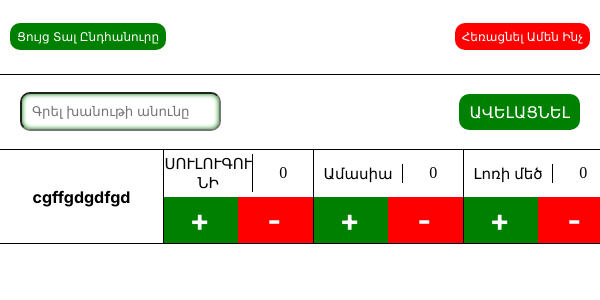
Repository: AbApin/amasia
Page: /
The author's editor kept a copy of each file at every save. The page is drawn from the files as they stood at one save, then again after the next save.
The browser window is 600 px wide. The pictures show the whole page.
The project was rebuilt for these pictures with package versions that can differ from the ones it lists, and the page was loaded fresh each time. Also part of the build but not shown: vue.config.js.

Above is the page before, as saved 2023-02-03 11:46:12.

### public/index.html
<!DOCTYPE html>
<html lang="">
  <head>
    <meta charset="utf-8" />
    <meta http-equiv="X-UA-Compatible" content="IE=edge" />
    <meta name="viewport" content="width=device-width,initial-scale=1.0" />
    <link rel="icon" href="<%= BASE_URL %>favicon.ico" />
    <title><%= htmlWebpackPlugin.options.title %></title>
    <link
      href="https://fonts.googleapis.com/css?family=Inter:100,200,300,regular,500,600,700,800,900"
      rel="stylesheet"
    />
  </head>
  <body>
    <noscript>
      <strong
        >We're sorry but <%= htmlWebpackPlugin.options.title %> doesn't work properly without
        JavaScript enabled. Please enable it to continue.</strong
      >
    </noscript>
    <div id="app"></div>
    <!-- built files will be auto injected -->
  </body>
</html>

### src/main.js
import Vue from 'vue';
import App from './App.vue';
import store from './store';
store.subscribe((mutation, state) => {
  localStorage.setItem('xanutner', JSON.stringify(state.xanutner));
  localStorage.setItem('datarkXanutner', JSON.stringify(state.isEmpty));
});
Vue.config.productionTip = false;

new Vue({
  store,
  render: (h) => h(App),
}).$mount('#app');

### src/App.vue
<template>
  <div id="app">
    <div class="header">
      <div class="avelacnelXanut">
        <input type="text" class="avelacnelInput" placeholder="Գրել խանութի անունը">
        <button class="avelacnelBtn">Ավելացնել</button>
      </div>
      <div class="cuycTal">
        <button class="cuycTalBtn" @click="isClick = true">ցույց տալ ընդհանուրը</button>
        <button class="heracnelBtn" @click="REMOVEALL">հեռացնել ամեն ինչ</button>
      </div>
      <div v-show="isClick" class="endhanurQanak">
        <button @click="isClick = false" class="closeBtn">X</button>
        <div class="endhanurQanakInner" :class="!ISEMPTY ? 'ovAuto' : ''">
          <p v-if="ISEMPTY" class="noProducts">Ոչ մի ապրանք</p>
          <ul class="endhanurQanakiList">
            <li
              v-for="xanutiAnun in Object.keys(ZAKAZNER)"
              :key="xanutiAnun"
              class="endhanurQanakiListItem"
            >
              <p class="endhanurQanakiListItemXanutiAnun">{{ xanutiAnun }}</p>
              <ul class="endhanurApranqneriList">
                <li
                  v-for="endhanurApranq in ZAKAZNER[xanutiAnun]"
                  :key="endhanurApranq.anun"
                  class="endhanurApranqneriListItem"
                >
                  <p class="endhanurApranqneriListItemAnun">{{ endhanurApranq.anun }}</p>
                  <p class="endhanurApranqneriListItemQanak">{{ endhanurApranq.qanak }}</p>
                </li>
              </ul>
            </li>
          </ul>
        </div>
      </div>
    </div>
    <div class="content">
      <ul class="contentList">
        <li v-for="xanutiAnun in Object.keys(XANUTNER)" :key="xanutiAnun" class="contentItem">
          <p class="xanutiAnun">{{ xanutiAnun }}</p>
          <ul class="apranqneriList">
            <li
              v-for="(apranq, apranqiHamar) in XANUTNER[xanutiAnun]"
              :key="apranqiHamar"
              class="apranqneriListItem"
            >
              <div class="apranqiText">
                <p class="apranqiAnun">{{ apranq.anun }}</p>
                <p class="apranqiQanak">{{ apranq.qanak }}</p>
              </div>
              <div class="apranqiAvelPakas">
                <button class="plus apranqiBtn" @click="AVELACNEL({ xanutiAnun, apranqiHamar })">
                  +
                </button>
                <button class="minus apranqiBtn" @click="PAKASACNEL({ xanutiAnun, apranqiHamar })">
                  -
                </button>
              </div>
            </li>
          </ul>
        </li>
      </ul>
    </div>
  </div>
</template>

<script>
import { mapGetters, mapMutations } from 'vuex';
export default {
  name: 'App',
  components: {},
  data() {
    return {
      isClick: false,
    };
  },
  beforeMount() {
    this.INITIAL();
  },
  methods: {
    ...mapMutations(['AVELACNEL', 'PAKASACNEL', 'INITIAL', 'REMOVEALL']),
  },
  computed: {
    ...mapGetters(['XANUTNER', 'ZAKAZNER', 'ISEMPTY']),
  },
};
</script>

<style>
@import './app.css';
</style>

### src/store/index.js
import Vuex from 'vuex';
import Vue from 'vue';

Vue.use(Vuex);

const store = new Vuex.Store({
  state: {
    xanutner: {
      cgffgdgdfgd: [
        { anun: 'ՍՈՒԼՈՒԳՈՒՆԻ', qanak: 0 },
        { anun: 'Ամասիա', qanak: 0 },
        { anun: 'Լոռի մեծ', qanak: 0 },
        { anun: 'Լոռի փոքր', qanak: 0 },
        { anun: 'Լոռի վակուում', qanak: 0 },
        { anun: 'Ոչխարի Պանիր', qanak: 0 },
        { anun: 'Չանախ', qanak: 0 },
        { anun: 'Չանախ էժան', qanak: 0 },
        { anun: 'Չեչիլ սպիտակ մատ', qanak: 0 },
        { anun: 'Չեչիլ սպիտակ կծիկ', qanak: 0 },
        { anun: 'Չեչիլ ապխտած մատ', qanak: 0 },
        { anun: 'Չեչիլապխտած կծիկ', qanak: 0 },
        { anun: 'Հոլանդական', qanak: 0 },
        { anun: 'Գունավոր Թել', qanak: 0 },
        { anun: 'ԿԱՐԱԳ', qanak: 0 },
      ],
    },
    isEmpty: true,
  },
  mutations: {
    AVELACNEL(state, payload) {
      state.xanutner[payload.xanutiAnun][payload.apranqiHamar].qanak += 1;
    },
    PAKASACNEL(state, payload) {
      let qanak = state.xanutner[payload.xanutiAnun][payload.apranqiHamar].qanak;
      if (qanak >= 1) {
        state.xanutner[payload.xanutiAnun][payload.apranqiHamar].qanak -= 1;
      }
      console.log(state.$getters.ZAKAZNER);
    },
    INITIAL(state) {
      if (localStorage.getItem('xanutner')) {
        state.xanutner = JSON.parse(localStorage.xanutner);
      } else if (localStorage.getItem('datarkXanutner')) {
        state.isEmpty = JSON.parse(localStorage.datarkXanutner);
      }
    },
    REMOVEALL(state) {
      Object.keys(state.xanutner).forEach((xanut) => {
        state.xanutner[xanut].map((el) => {
          el.qanak = 0;
        });
      });
      state.isEmpty = true;
    },
  },
  getters: {
    XANUTNER(state) {
      localStorage.setItem('key', JSON.stringify(state));
      return state.xanutner;
    },
    ZAKAZNER(state) {
      let zakazner = {};
      Object.keys(state.xanutner).forEach((xanut) => {
        zakazner[xanut] = state.xanutner[xanut].filter(function (el) {
          return el.qanak > 0;
        });
        if (zakazner[xanut].length === 0) {
          delete zakazner[xanut];
        }
      });
      Object.keys(zakazner).forEach((zakaz) => {
        if (zakazner[zakaz].length === 0) {
          state.isEmpty = true;
        } else {
          state.isEmpty = false;
        }
      });

      return zakazner;
    },
    ISEMPTY(state) {
      return state.isEmpty;
    },
  },
});

export default store;

### src/app.css
*,
*::after,
*::before {
  margin: 0;
  padding: 0;
  box-sizing: border-box;
}
ul {
  list-style: none;
}
#app {
  display: flex;
  flex-direction: column;
  min-height: 100vh;
}
.header {
  display: flex;
  justify-content: space-between;
  width: 100%;
  height: 100px;
  border-bottom: 1px solid #000;
}
.avelacnelXanut {
  display: flex;
  justify-content: space-between;
  width: 50%;
  gap: 20px;
  align-items: center;
}
.avelacnelBtn {
  font-family: 'Inter';
  font-size: 16px;
  line-height: 1;
  text-transform: uppercase;
  border: none;
  padding: 10px;
  background: green;
  color: #fff;
  border-radius: 10px;
}
.avelacnelInput {
  padding: 10px;
  border-radius: 10px;
  outline: none;
  box-shadow: inset 0 0 5px green;
}
.contentList {
  display: flex;
  flex-direction: column;
}
.contentItem {
  display: flex;
  justify-content: space-between;
}
.xanutiAnun {
  display: flex;
  align-items: center;
  justify-content: center;
  width: 10%;
  font-family: 'Inter';
  font-size: 20px;
  font-weight: 700;
  letter-spacing: 3px;
  word-wrap: break-word;
  padding: 20px 30px;
  border: 1px solid #000;
  border-top: 0;
  border-left: 0;
}
.apranqneriList {
  width: 90%;
  display: flex;
  justify-content: space-between;
}
.apranqneriListItem {
  display: flex;
  flex-direction: column;
  flex: 1 1 0;
  border: 1px solid #000;
  border-top: 0;
  border-left: 0;
}
.apranqiText {
  display: flex;
  justify-content: space-between;
  align-items: center;
  height: 50%;
}
.apranqiAnun {
  font-family: 'Inter';
  font-size: 15px;
  font-weight: 500;
  word-wrap: break-word;
  text-align: center;
  width: 60%;
  border-right: 1px solid #000;
}
.apranqiQanak {
  display: flex;
  justify-content: center;
  align-items: center;
  width: 40%;
}
.apranqiAvelPakas {
  display: flex;
  justify-content: space-between;
  width: 100%;
  height: 50%;
}
.apranqiBtn {
  display: inline-flex;
  justify-content: center;
  align-items: center;
  font-family: 'Inter';
  font-size: 30px;
  font-weight: 700;
  letter-spacing: 3px;
  border: none;
  color: #fff;
  width: 50%;
  cursor: pointer;
}
.plus {
  background: green;
}
.minus {
  background: red;
}
.cuycTal {
  width: 50%;
  display: flex;
  align-items: center;
  justify-content: space-between;
  gap: 10px;
  padding: 15px;
  border-left: 1px solid #000;
}
.heracnelBtn,
.cuycTalBtn {
  display: inline-block;
  font-family: 'Inter';
  font-size: 16px;
  padding: 10px;
  border-radius: 10px;
  border: none;
  color: #fff;
  text-transform: capitalize;
  cursor: pointer;
  transition: all 0.3s linear;
}
.heracnelBtn {
  background: red;
}
.cuycTalBtn {
  background: green;
}

/* endahnur */
.endhanurQanak {
  display: flex;
  justify-content: center;
  align-items: center;
  position: fixed;
  z-index: 999;
  top: 0;
  left: 0;
  width: 100%;
  height: 100%;
  background-color: rgba(0, 0, 0, 0.7);
}
.endhanurQanakInner {
  width: 90%;
  height: 90%;
  background: #fff;
  box-shadow: 0 0 10px #fff;
  border-radius: 20px;
}
.ovAuto {
  overflow: auto;
}
.endhanurQanakiList {
  display: flex;
  flex-direction: column;
  justify-content: space-between;
  height: 100%;
}
.endhanurQanakiListItem {
  display: flex;
  align-items: center;
  flex: 1 1 0;
  border-bottom: 1px solid #000;
}
.endhanurQanakiListItem:last-child {
  border-bottom: none;
}
.endhanurQanakiListItemXanutiAnun {
  border-right: 1px solid #000;
  width: 10%;
  display: flex;
  align-items: center;
  justify-content: center;
  height: 100%;
  font-family: 'Inter';
  font-size: 18px;
  letter-spacing: 1px;
  text-transform: capitalize;
}
.endhanurApranqneriList {
  height: 100%;
  width: 90%;
  display: flex;
  flex-direction: column;
  justify-content: space-between;
  overflow: auto;
}
.endhanurApranqneriListItem {
  display: flex;
  gap: 10px;
  flex: 1 1 0;
  align-items: center;
  justify-content: flex-start;
  padding: 10px;
  border-bottom: 1px solid #000;
}
.endhanurApranqneriListItem:last-child {
  border-bottom: none;
}
.endhanurApranqneriListItemQanak {
  color: red;
  font-size: 25px;
  font-family: 'Inter';
  font-weight: 700;
}
.endhanurApranqneriListItemAnun {
  font-weight: bold;
  font-size: 20px;
}
.noProducts {
  display: flex;
  justify-content: center;
  align-items: center;
  font-size: 2rem;
  font-family: 'Inter';
  font-style: italic;
  font-weight: 700;
  width: 100%;
  height: 100%;
  padding: 20px;
}
.closeBtn {
  display: inline-block;
  color: #fff;
  font-size: 25px;
  position: absolute;
  right: 15px;
  top: 5px;
  background: transparent;
  border: none;
  cursor: pointer;
}

@media screen and (max-width: 767px) {
  .header {
    flex-direction: column-reverse;
    height: 150px;
  }
  .avelacnelXanut {
    padding: 20px;
    height: 50%;
    width: 100%;
  }
  .cuycTal {
    width: 100%;
    height: 50%;
    gap: 5px;
    padding: 10px;
    border: 0;
    border-bottom: 1px solid #000;
  }
  .heracnelBtn,
  .cuycTalBtn {
    font-size: 12px;
    line-height: 1.1;
    padding: 7px;
  }
  .xanutiAnun {
    font-size: 16px;
    letter-spacing: 0;
    word-break: break-word;
    width: 33%;
    padding: 10px;
    text-align: center;
  }
  .apranqneriList {
    overflow: auto;
  }
  .apranqneriListItem {
    min-width: 150px;
  }
  .endhanurQanakiListItemXanutiAnun {
    width: 50%;
    letter-spacing: 0;
    font-size: 16px;
    padding: 5px;
  }
}

After the next save:
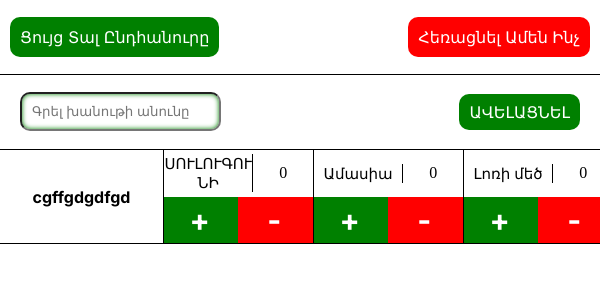
Saved 22 s later.
--- a/src/app.css
+++ b/src/app.css
@@ -279,9 +279,7 @@ ul {
   }
   .heracnelBtn,
   .cuycTalBtn {
-    font-size: 12px;
-    line-height: 1.1;
-    padding: 7px;
+
   }
   .xanutiAnun {
     font-size: 16px;
